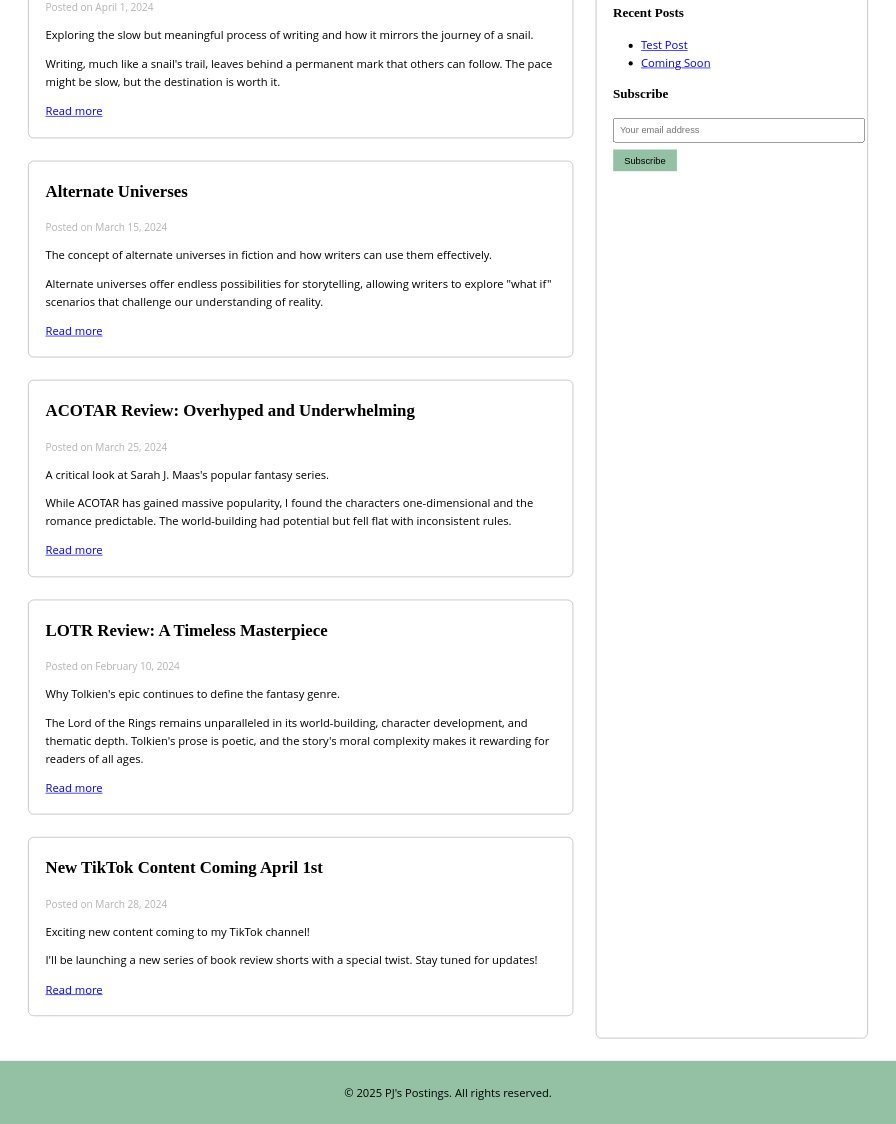
Repository: pjpatrick071/pjpatrick071.github.io
Page: index.html
An editor plug-in stored every save of this project. The page is shown before and after the next save, followed by the edit.
The browser window is 1280 px wide. The pictures show the part of the page from y = 1042 to 2962 px (the page is 2648 px tall before and 2962 px after), at 70% of full size.
Some web fonts or font styles are not loaded; a fallback is used.

Above is the page before, as saved 2025-04-02 23:09:29.

After the next save:
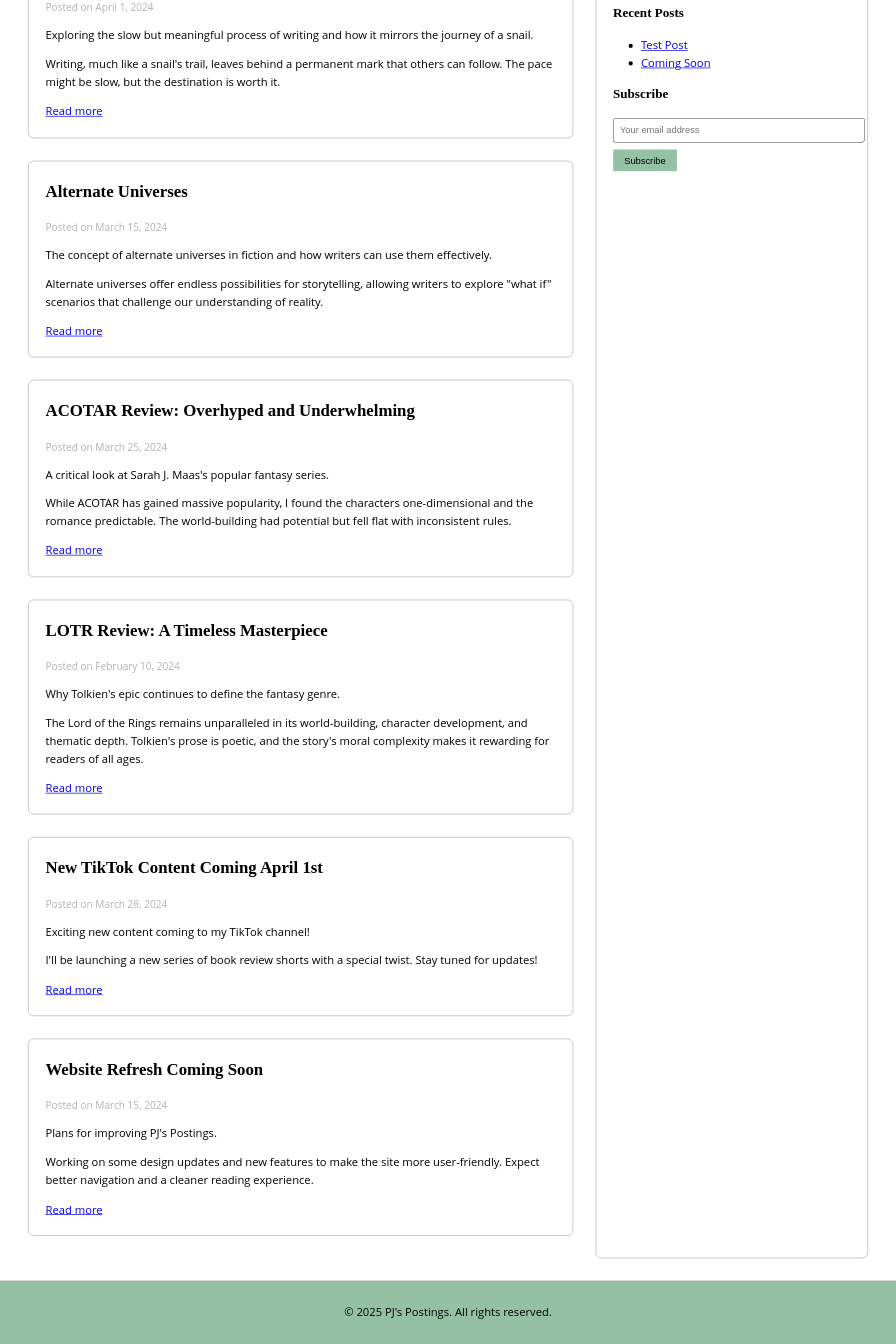
Saved 5 s later.
--- a/index.html
+++ b/index.html
@@ -314,6 +314,15 @@
                     <a href="blog.html#new-tiktok">Read more</a>
                 </div>
             </article>
+            <article class="blog-post">
+                <h2 class="post-title">Website Refresh Coming Soon</h2>
+                <p class="post-meta">Posted on March 15, 2024</p>
+                <div class="entry-content">
+                    <p>Plans for improving PJ's Postings.</p>
+                    <p>Working on some design updates and new features to make the site more user-friendly. Expect better navigation and a cleaner reading experience.</p>
+                    <a href="blog.html#website-updates">Read more</a>
+                </div>
+            </article>
             <!-- Additional posts can be added by duplicating the article element -->
         </main>
 
